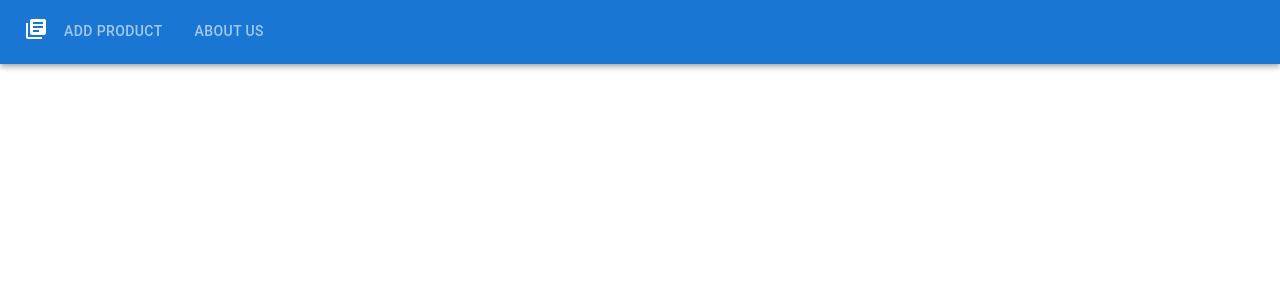
Repository: CydexCode/Book_Store_App-MERN-Stack
Page: /add (app in book-store/)
An editor plug-in stored every save of this project. The page is shown before and after the next save, followed by the edit.
The browser window is 1280 px wide. The pictures show the whole page.
The project was rebuilt for these pictures with package versions that can differ from the ones it lists, and the page was loaded fresh each time.

Above is the page before, as saved 2022-09-08 03:28:37.

### book-store/src/App.js
import Header from "./components/Header";

function App() {
  return (
    <div>
    <Header />
    </div>
  );
}

export default App;

### book-store/src/components/Header.js
import React, { useState } from 'react';
import { AppBar, Tab, Tabs, Toolbar, Typography } from "@mui/material";
import LibraryBooksIcon from '@mui/icons-material/LibraryBooks';
const Header = () => {
    const [value, setValue] = useState();
  return (
    <div>
      <AppBar position='sticky'>
<Toolbar>
<Typography>
            <LibraryBooksIcon />
            </Typography>

            <Tabs textColor="inherit" indicatorColor="secondary" value={value} onChange={(e,val) =>setValue(val)}>
                <Tab label="Add product" />
                <Tab label="About Us" />
            </Tabs>

</Toolbar>
      </AppBar>
    </div>
  );
};

export default Header;

Loaded but not shown: book-store/public/index.html (common file); book-store/src/index.js (common file); book-store/src/index.css (common file)

After the next save:
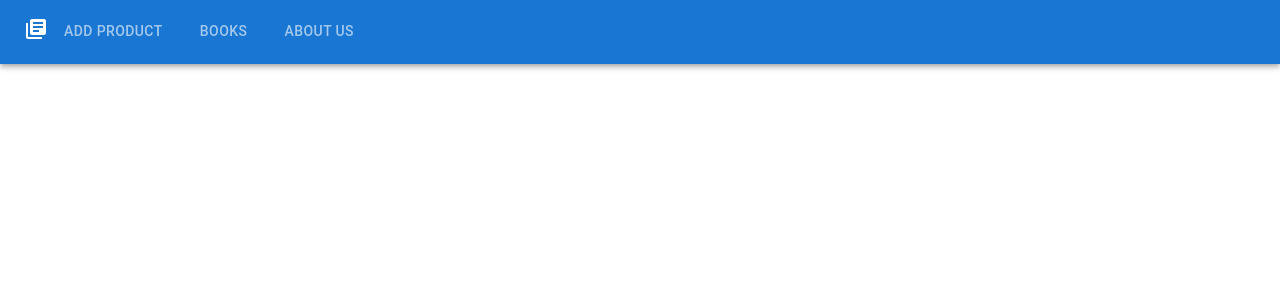
Saved 85 s later.
--- a/book-store/src/components/Header.js
+++ b/book-store/src/components/Header.js
@@ -13,6 +13,7 @@ const Header = () => {
 
             <Tabs textColor="inherit" indicatorColor="secondary" value={value} onChange={(e,val) =>setValue(val)}>
                 <Tab label="Add product" />
+                <Tab label="Books" />
                 <Tab label="About Us" />
             </Tabs>
 
